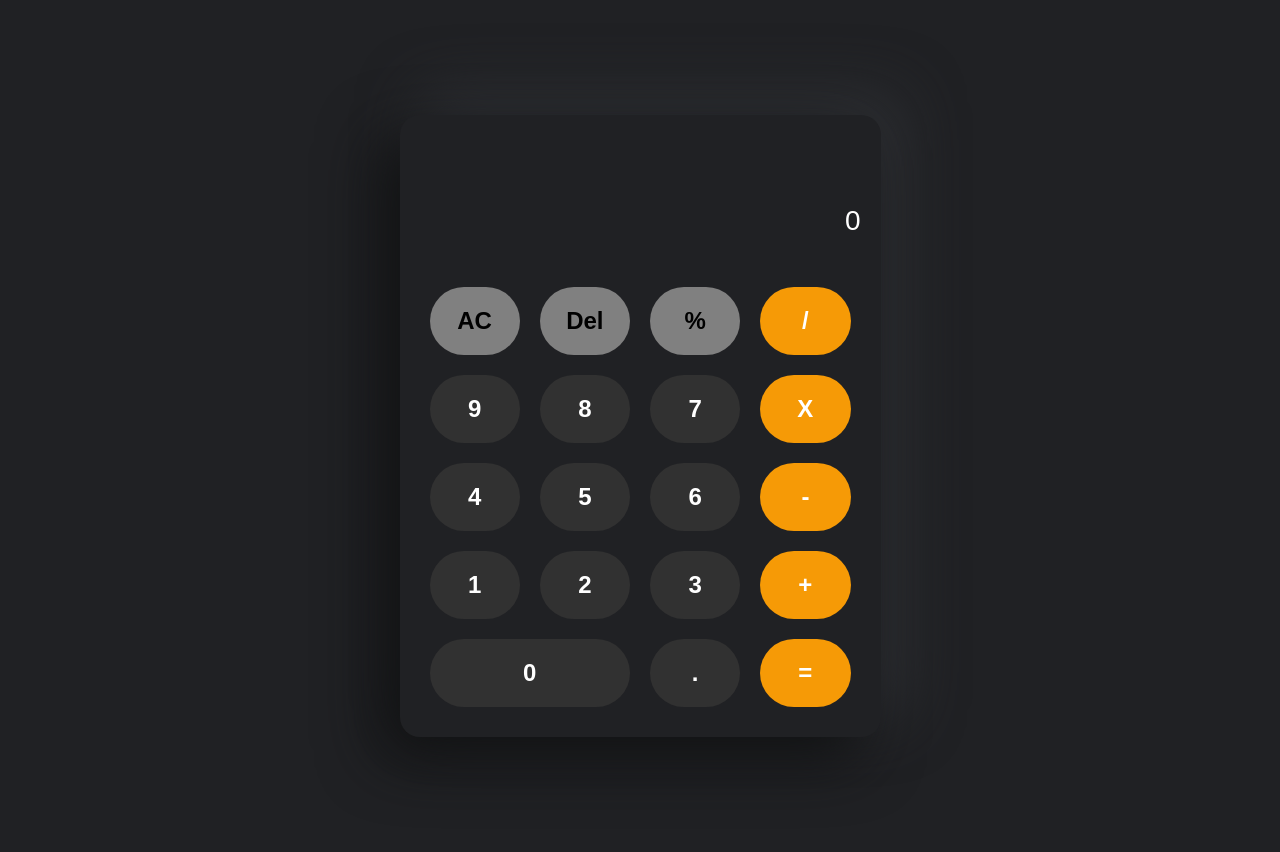
Repository: ble-syn/reactCalculator
Page: /
These files come from the project's save history. The page is drawn as it stood at one moment and after the next save; the edit follows.
The browser window is 1280 px wide. The pictures show the whole page.
The project was rebuilt for these pictures with package versions that can differ from the ones it lists, and the page was loaded fresh each time.

Above is the page before, as saved 2022-10-06 22:42:26.

After the next save:
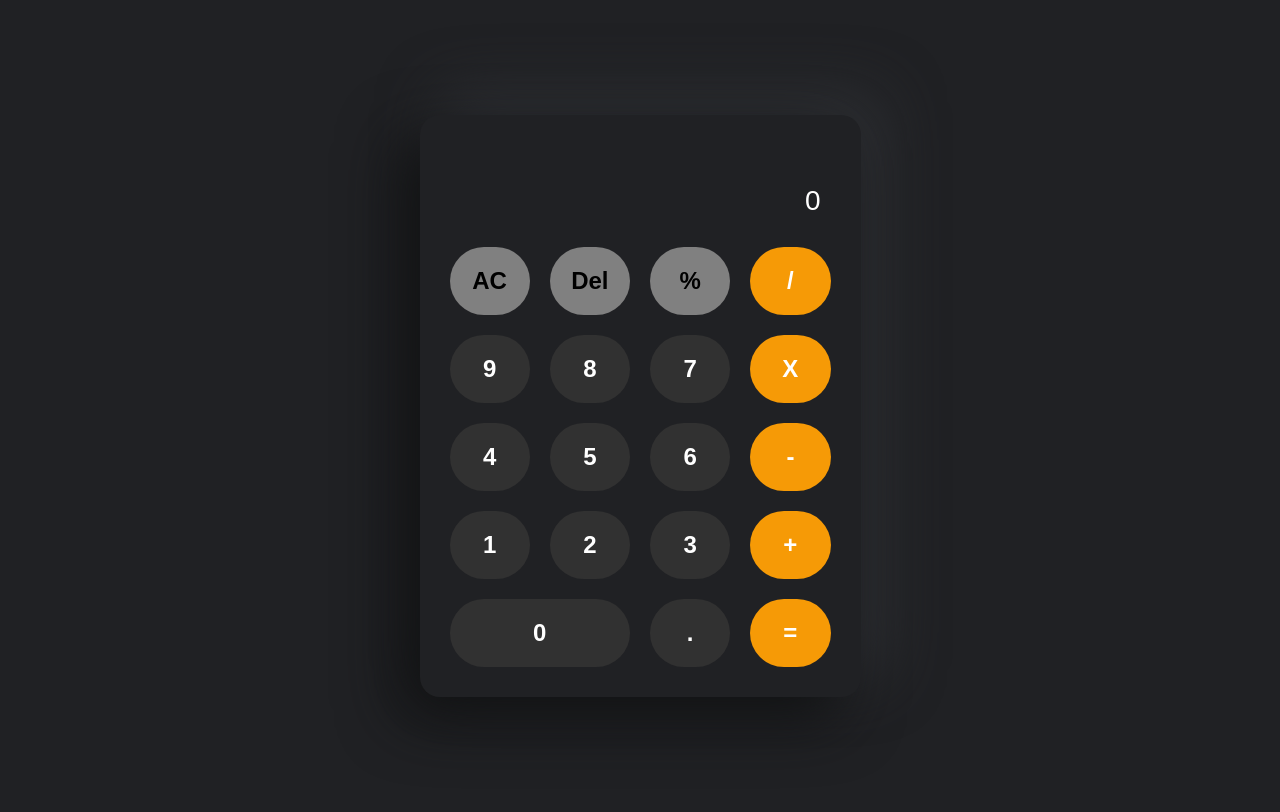
Saved 10 s later.
--- a/src/index.css
+++ b/src/index.css
@@ -29,7 +29,6 @@ body{
   text-align: right;
   font-size: 28px;
   padding: 50px 20px 20px;
-  margin: 20px;
   color: #fff;
   background-color: #202124;
 }
